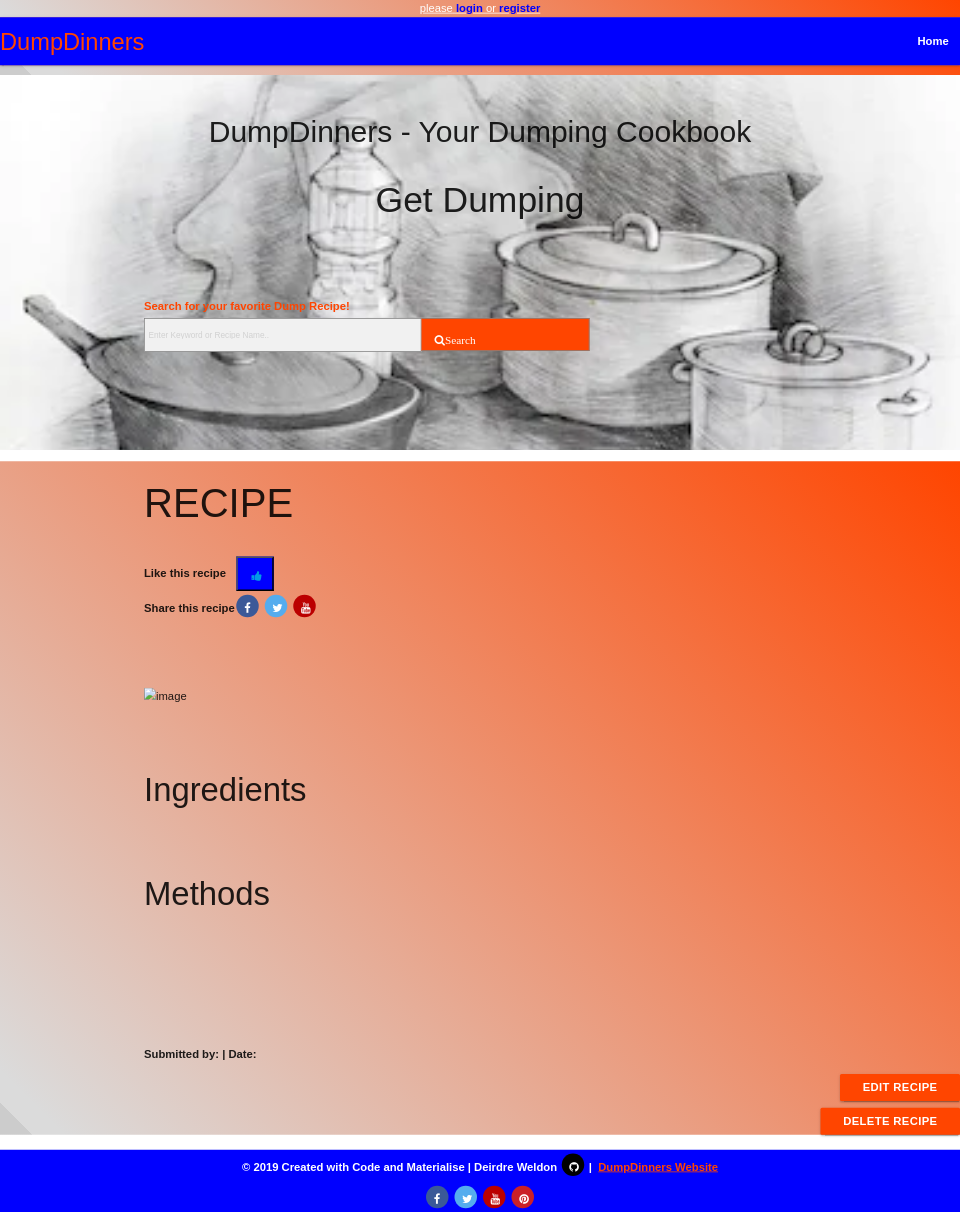
Repository: Deirdre18/dumpdinners-recipe-app
Page: templates/recipe.html
The author's editor kept a record of every edit. The page is drawn from the files as they stood at one moment, then again after the next edit.
The browser window is 1280 px wide. The pictures show the whole page, at 75% of full size.
Some web libraries are served in a nearby version. The page is served by the project's application, run on Flask 3 (app.py). The template is opened directly, without the code that normally fills it, so the values that code supplies are empty.

Above is the page before.

### templates/recipe.html
{% extends "base.html" %} {% block content %} {% with messages = get_flashed_messages() %} {% if messages %}
<strong class=flashes>


	{% for message in messages %}<br>
	{{ message }}</strong>
	{% endfor %}
</ul>
{% endif %} {% endwith %}

<div class="container recipe-container content-container">
	<!-- Recipe-->
	<section class="recipe">
		<div class="row">
			<div class="col s12 m12 l12">
				<div class="page-header">
					<h2 class="text-uppercase">RECIPE</h2>



					<!--rate recipe-->
				</div>
			</div>
		</div>



                <strong>Like this recipe</strong><a href="{{ url_for('likes', recipe_id=recipe._id) }}"<br>
                <button class="waves-effect waves-light btn-small" type="submit" style="background-color:blue; color: white; margin-left:10px" name=" action"><i class="fa fa-thumbs-up" aria-hidden="true"></i></a>
             	</button><br>
<!--http://www.sharelinkgenerator.com/-->

				<strong>Share this recipe</strong><a href="https://www.facebook.com/sharer/sharer.php?u=" class="fa fa-facebook"></a>
				<a href="https://www.twitter.com/sharer/sharer.php?u=" class="fa fa-twitter"></a>
				<a href="https://www.instagram.com/sharer/sharer.php?u="></a>
				<a href="https://www.youtube.com/sharer/sharer.php?u=" class="fa fa-youtube"></a>



		</footer>
		<div class="row" style="text-align:center"></div>
		<h3><em>{{recipe.recipe_name}}</em></h3>

		<div row="recipe">

			<div class="col s12 m12 l12">
				<img src="{{ recipe.image }}" alt="image" height=300 width=285>

				<!--referred to https://stackoverflow.com/questions/41081380/white-space-pre-not-working-as-expected-->

				<div class="ingredients col s12 m6 l6" style="white-space:normal">
					<h3>Ingredients</h3>

					{{ recipe.ingredients }}
				</div>

				<div class="methods col s12 m6 l6" style="white-space:normal">
					<h3>Methods</h3>

					{{ recipe.methods }}

				</div>

				<p><strong>Submitted by:<strong>{{ recipe.username }} |  <strong>Date:</strong> {{recipe.date_added}}</p>




			</div>
		</div>

</div>



<!-- button for edit recipe -->


<!--Taken from Spence Barribal's code (student Code Institute).-->
{% if session['username'] == recipe.username %}
<div class="row float-right">
	<a href="{{ url_for('edit_recipe', recipe_id=recipe._id, username=username) }}" class="btn btn-secondary mr-3" style="background-color:orangered; float:right">Edit Recipe</a><br><br>
	<a href="{{ url_for('delete_recipe', recipe_id=recipe._id, username=username) }}" class="btn btn-danger" style="background-color:orangered; float: right">Delete Recipe</a>
</div>
{% endif %}




</div>
</div>
</div>
</div>
</div>
</div>
</div>


{% endblock %}

### templates/base.html
<!DOCTYPE html>
<html>

<head>
    <!--referred to this link for downloading bootstrap, as well as previous CI tutorials - https://forums.fedoraforum.org/showthread.php?314148-How-to-download-bootstrap-->

    <meta charset="UTF-8">
    <meta name="viewport" content="width=device-width, user-scalable=no, initial-scale=1.0, maximum-scale=1.0, minimum-scale=1.0">
    <meta http-equiv="X-UA-Compatible" content="ie=edge">
    <title>{{ title }} - DumpDinners</title>
    <link href="https://fonts.googleapis.com/icon?family=Material+Icons" rel="stylesheet">
    <link rel="stylesheet" href="https://cdnjs.cloudflare.com/ajax/libs/materialize/0.100.2/css/materialize.min.css">
    <link rel="stylesheet" href="{{url_for('static', filename='styles.css')}}" type="text/css" />

    <!--referred to this for favicon - https://www.flaticon.com/-->

    <link rel="icon" type="image/ico" href="/static/images/favicon.ico" />
    <link rel="stylesheet" href="https://cdnjs.cloudflare.com/ajax/libs/font-awesome/4.7.0/css/font-awesome.min.css">

    <style>
        body {
            font-family: Arial;
        }

        * {
            box-sizing: border-box;
        }

        form.example input[type=text] {
            padding: 5px;
            font-size: 11px;
            border: 1px solid grey;
            float: left;
            width: 4%;
            height: 1%;
            background: #f1f1f1;
        }

        form.example button {
            float: left;
            width: 2%;
            height: 2%;
            padding: 5px;
            background: #2196F3;
            color: white;
            font-size: 11px;
            border: 1px solid grey;
            border-left: none;
            cursor: pointer;
        }

        form.example button:hover {
            background: #0b7dda;
        }

        form.example::after {
            content: "";
            clear: both;
            display: table;
        }
    </style>



</head>

<body>

    <style scoped>
        .pattern {
            min-height: 100px;
        }

        #stripes4 {

            background-image: repeating-linear-gradient(45deg, #ccc, #ccc 30px, #dbdbdb 30px, #dbdbdb 60px, orangered);

        }
    </style>

    <!--to give background gradient color, referred to https://www.quackit.com/css/codes/patterns/css_background_stripes.cfm-->

    <div id="stripes4" class="pattern">


        <!--referred to code from Spence Barribal's github project for username in session below (Student at Code Institute).-->

        {% if 'username' in session %}
        <div class="text-light font-italic bg-dark pt-2 pr-4" style="text-align:center; color:blue"><strong>welcome back, {{ session['username'] }}</strong>
        </div>

        <!--Referred to stack overflow article on centering anchors.-->

        <div class="display:block; text-align: center">
            <a href="{{ url_for('add_recipe') }}" <button class="btn waves-effect waves-light" type="submit" style="background-color:orangered" name="action">Add Recipe
                <i class="material-icons right">playlist_add</i>
             </button></div></a>



        <div class="display:block; text-align: center">
            <a href="{{ url_for( 'logout') }}" style="text-decoration:underline; color:blue; text-align:center,color:blue"><strong>Logout</strong></a>
        </div>

        <div class="display:block; text-align: center">
            <a href="{{ url_for( 'allrecipes') }}" style="text-decoration:underline;color:blue; text-align:center"><strong>Home</strong></a>

        </div>

        {% else %}

        <div class="login" style="text-align:center;text-decoration:underline; color:white">please<a href="{{ url_for('login') }}" style="color:blue"><strong> login</a></strong> or <a href="{{ url_for('register') }}" style="color:blue"><strong> register</strong></a>
        </div>
        {% endif %}

        <nav>
            <div class="nav-wrapper">
                <a class="brand-logo" style="color:orangered">DumpDinners</a>
                <a href="#" data-activates="mobile-demo" class="button-collapse"><i class="material-icons">menu</i></a>
                <ul id="nav-mobile" class="right hide-on-med-and-down">

                    {% if 'username' not in session %}

                    <li class="nav-item">
                        <a href="{{ url_for('index') }}" style="color:white"><strong>Home</a></strong>
                    </li>


                    {% endif %}

                </ul>
            </div>

        </nav>
        <!--referred to https://www.w3schools.com/howto/howto_css_search_button.asp-->

        {% if 'username' in session %}
        <ul class="sidenav" id="mobile-demo">
            <li class="nav-item">
                <a href="{{ url_for('allrecipes') }}" style="color:orangered;text-decoration:underline"><strong>Home</strong></a>
            </li>
            {% endif %}


        </ul>
    </div>

    <div id="index-banner" class="parallax-container">
        <div class="section no-pad-bot">
            <div class="container">

                <div class="parallax">
                    <img src="{{ url_for('static', filename='uploads/' + 'still-life.jpg') }}">
                </div>

                <h2 class="header center" class="header"><small>DumpDinners - Your Dumping Cookbook</small></h2>

                <h1 class="header center" class="header"><small>Get Dumping</small></h1>
                <br><br><br>


                <!--/*referred to https://www.w3schools.com/howto/howto_css_search_button.asp*/-->

                <div class="search-container">

                    <h6 class="lead-search" style="color:orangered; text-align:left"><strong>Search for your favorite Dump Recipe!</strong></h6>
                    <form class="example" action="{{ url_for('search') }}">
                        <input type="text" placeholder="Enter Keyword or Recipe Name.." required name="query" style="margin-top:1px; width:40%; height:3em !important; color:black">
                        <div id="search">
                            <button type="submit" style="margin-top:1px; width:25%; height:4em !important; background-color:orangered"><i class="fa fa-search" style="font-size:15px;float:left">Search</i></button>
                        </div>
                    </form>
                </div>


            </div>
        </div>
        <!--Referred to this link for adding photos dynamically. https://stackoverflow.com/questions/40877272/jinja2-not-displaying-the-images-->


    </div>

    <div id="stripes4" class="pattern">
        {% block content %}{% endblock %}
    </div>

    <script src="https://ajax.googleapis.com/ajax/libs/jquery/3.4.1/jquery.min.js"></script>


    <script src="https://cdnjs.cloudflare.com/ajax/libs/jquery/3.2.1/jquery.min.js"></script>

    <script src="https://cdnjs.cloudflare.com/ajax/libs/materialize/0.100.2/js/materialize.min.js"></script>



    <script type="text/javascript">
        $(document).ready(function() {
            $(".button-collapse").sideNav();
        });
    </script>

    <script type="text/javascript">
        $('.datepicker').pickadate({
            selectMonths: true, // Creates a dropdown to control month
            selectYears: 15, // Creates a dropdown of 15 years to control year,
            today: 'Today',
            clear: 'Clear',
            close: 'Ok',
            closeOnSelect: false // Close upon selecting a date,
        });
    </script>


    <script>
        $(document).ready(function() {
            $('.parallax').parallax();
        });
    </script>

    <!-- jquery to activate buttons -->

    <script type="text/javascript">
        $(document).ready(function() {
            $('.collapsible').collapsible();
            $('select').material_select();
        });
    </script>



    <!--to create footer referred to https://www.w3schools.com/howto/tryit.asp?filename=tryhow_css_fixed_footer. For flexible footer referred to https://materializecss.com/footer.html-->
    <!--decided to make footer fixed rather than flexible-->





    <style>
        .footer {
            margin-top: 1px;
            display: fixed;
            min-height: 3vh;
            flex-direction: column;
            text-align: center;
            background-color: blue;
            color: white;
        }

        main {
            flex: 1 0 auto;
        }

        .container {
            margin-top: 15px;
            margin-bottom: 3px;
        }
    </style>



    <style>
        .fa {
            padding: 10px;
            font-size: 15px;
            width: 30px;
            text-decoration: none;
            margin: 5px 2px;
            border-radius: 50%;
            height: 30px;
        }

        .fa:hover {
            opacity: 0.7;

        }

        .fa-facebook {
            background: #3B5998;
            color: white;
            text-align: center;
        }

        .fa-twitter {
            background: #55ACEE;
            color: white;
            text-align: center;
        }


        .fa-youtube {
            background: #bb0000;
            color: white;
            text-align: center;
        }

        .fa-pinterest {
            background: #cb2027;
            color: white;
            text-align: center;
        }

        .fa-github {
            background: black;
            color: white;
            text-align: center;
            font-size:15px;


        }

        strong {
            font-weight: bold;
        }
    </style>



    <div class="footer">

        <div class="container">
            <!--created blank spaces, referred to https://www.computerhope.com/jargon/n/nbsp.htm-->
            © 2019 Created with Code and Materialise&nbsp| Deirdre Weldon <a href="https://github.com/Deirdre18" class="fa fa-github"></a> |&nbsp
            <a href="https://dumpdinners-recipe-app.herokuapp.com/" style="color:orangered; text-decoration: underline">DumpDinners Website
        </div>

        <!--for social media icons and styles referred to https://www.w3schools.com/howto/howto_css_social_media_buttons.asp    -->



        <!-- Add font awesome icons -->
        <a href="https://www.facebook.com/" class="fa fa-facebook"></a>
            <a href="https://www.twitter.com/" class="fa fa-twitter"></a>
            <a href="https://www.youtube.com/" class="fa fa-youtube"></a>
            <a href="https://www.pinterest.com/" class="fa fa-pinterest"></a>


            </footer>
</body>

</html>

### app.py
import os
import re
from flask import Flask, render_template, redirect, request, url_for, session, flash
import json
from flask_pymongo import PyMongo
import pymongo
from pymongo import MongoClient
from bson.objectid import ObjectId


from werkzeug.security import generate_password_hash, check_password_hash


app = Flask(__name__)

app.secret_key = "randomstring123"



if app.config['DEBUG'] == True:
    from config import dbconfig
    app.config["MONGO_DBNAME"] = 'dumpdinners'
    app.config["MONGO_URI"] = dbconfig()
else:
    app.config['MONGO_URI'] = os.environ.get("MONGO_URI")
    app.config['MONGO_DBNAME'] = os.environ.get("MONGO_DBNAME")

mongo = PyMongo(app)


@app.route('/')
@app.route('/index')
def index():
    """Home page the gets 4 recipes from DB that have been viewed the most"""
    four_recipes = mongo.db.recipes.find().limit(4)
    return render_template('allrecipes1.html', recipes=four_recipes)

@app.route('/allrecipes')
def allrecipes():
    recipes = mongo.db.recipes.find()
    return render_template('allrecipes.html', recipes=recipes)

@app.route('/allrecipes1')
def allrecipes1():
    recipes = mongo.db.recipes.find()
    four_recipes = mongo.db.recipes.find().limit(4)
    return render_template('allrecipes1.html', recipes=four_recipes)

@app.route('/add_recipe')
def add_recipe():
    recipes = mongo.db.recipes.find()
    return render_template('addrecipe.html',
        recipes=mongo.db.categories.find())



@app.route('/insert_recipe', methods=['POST'])
def insert_recipe():
    recipes = mongo.db.recipes
    recipes.insert_one(request.form.to_dict())
    flash ("Thank you, your recipe has been inserted!")
    return render_template('recipe.html', recipe=recipe)




@app.route('/edit_recipe/<recipe_id>', methods=['GET', 'POST'])
def edit_recipe(recipe_id):
    """Allows logged in user to edit their own recipes"""
    recipe_db = mongo.db.recipes.find_one_or_404({'_id': ObjectId(recipe_id)})
    all_categories =  mongo.db.categories.find()
    if request.method == 'GET':

        return render_template('editrecipe.html', recipe=recipe_db, categories=all_categories)


# referred to this article for advice on 'views' - https://stackoverflow.com/questions/5782311/mongodb-inc-embedded-value-syntax

@app.route('/update_recipe/<recipe_id>', methods=["POST"])
def update_recipe(recipe_id):
    recipes = mongo.db.recipes
    recipes.update( {'_id': ObjectId(recipe_id)},
    {
        '$set': {

        'recipe_name':request.form.get('recipe_name'),
        'ingredients':request.form.get('ingredients'),
        'image': request.form.get('image'),
        'category_name': request.form.get('category_name'),
        'username': request.form.get('username'),
        'methods': request.form.get('methods'),
        'short_description': request.form.get('short_description'),
        'date_added': request.form.get('date_added'),
        'is_vegetarian': request.form.get('is_vegetarian'),
        'views':1,
        'likes':1
        }
    })
    return redirect(url_for('allrecipes'))




@app.route('/delete_recipe/<recipe_id>')
def delete_recipe(recipe_id):
    mongo.db.recipes.remove({'_id': ObjectId(recipe_id)})
    return redirect(url_for('allrecipes'))

@app.route('/search')
def search():
    """Provides logic for search bar"""
    orig_query = request.args['query']
    # using regular expression setting option for any case
    query = {'$regex': re.compile('.*{}.*'.format(orig_query)), '$options': 'i'}
    # find instances of the entered word in title, tags or ingredients
    results = mongo.db.recipes.find({
        '$or': [
            {'recipe_name': query},
            {'ingredients': query},
            {'recipe_name': query}
        ]
    })
    return render_template('search.html', query=orig_query, results=results)


@app.route('/recipe/<recipe_id>')
def recipe(recipe_id):

    """Shows full recipe and increments view"""
    mongo.db.recipes.find_one_and_update(
        {'_id': ObjectId(recipe_id)},
        { '$inc': { 'views': 1}}



    )
    recipe_db = mongo.db.recipes.find_one_or_404({'_id': ObjectId(recipe_id)})
    return render_template('recipe.html', recipe=recipe_db)

# routing for likes

@app.route('/likes/<recipe_id>')
def likes(recipe_id):

    """Shows full recipe and increments view"""
    mongo.db.recipes.find_one_and_update(
        {'_id': ObjectId(recipe_id)},
        { '$inc': { 'likes': 1}}



    )
    recipe_db = mongo.db.recipes.find_one_or_404({'_id': ObjectId(recipe_id)})
    return redirect(url_for('allrecipes1'))

# routing for shares

@app.route('/shares/<recipe_id>')
def shares(recipe_id):

    """Shows full recipe and increments view"""
    mongo.db.recipes.find_one_and_update(
        {'_id': ObjectId(recipe_id)},
        { '$inc': { 'shares': 1}}



    )
    recipe_db = mongo.db.recipes.find_one_or_404({'_id': ObjectId(recipe_id)})
    return redirect(url_for('allrecipes1'))



#Copied routing for login from Deborah Thompson, student at Code Institute for login routing - #https://github.com/debbiect246/recipe-app#


@app.route('/login', methods=["GET","POST"])
def login():
    if request.method == 'POST':
        login_user = mongo.db.register.find_one({'username': request.form['username']})
        form = request.form
        if login_user:
            if(form["password"] == login_user["password"]): # if password correct
                session['username'] = login_user["username"]
                return redirect(url_for('allrecipes',register_id = login_user["_id"]))
            else: # and if password is not correct
               flash("Incorrect password, please try again or register")
        else:# if user does not exist
            flash("User does not exist")
            return redirect(url_for('register'))
    return render_template('login.html')


#Copied routing for register from Deborah Thompson, student at Code Institute for login routing - #https://github.com/debbiect246/recipe-app#

@app.route('/register', methods=['POST','GET'])
def register():
    if request.method == 'POST':
        register = mongo.db.register
        register_id = register.insert_one(request.form.to_dict())
        # print(register)
        object_id = register_id.inserted_id
        flash("Thank you for registering, please login to view more recipes and add your own!")
        return redirect(url_for('login'))
    return render_template('register.html')




#Copied routing for allrecipeslist from Deborah Thompson, student at Code Institute for login routing - #https://github.com/debbiect246/recipe-app#


@app.route('/logout')
def logout():
    """Clears session and redirects to home"""

    session.clear()
    flash ("Thank you, hope to see you again soon!")
    return redirect(url_for('login'))




if __name__ == '__main__':
    app.run(host=os.environ.get('IP'),
        port=int(os.environ.get('PORT')))

### static/styles.css
.card-body {
    width: 75%;
    margin-left: 0;
    left: auto;
    right: auto;
    white-space: pre-wrap;
}

#search [type="search"] [name="query"]
{
     height: 30px;
     width: 50px;
}


h3 {margin-top: 10%}

.main { margin-top: 20px;}

.card-image {width:25%;}

h5 .lead-search {margin-bottom: 0}

p .heading {margin-top: 30%;}


.card-image {white-space: pre-wrap;
            margin-bottom: -80px;
}


h1 {text-align: center;
    margin-top: 20px;

}

p {margin-top: 20%;}



.nav-wrapper {background-color: blue;}

#Add {color: indigo;
}

#View {color: indigo;
}

.brand-logo{text-align:left;}

.btn_small {
    height: 24px;
    width: 60px;
    line-height: 24px;
    margin: 5px 5px;
    padding: 0 0.5em;
}

After the next edit:
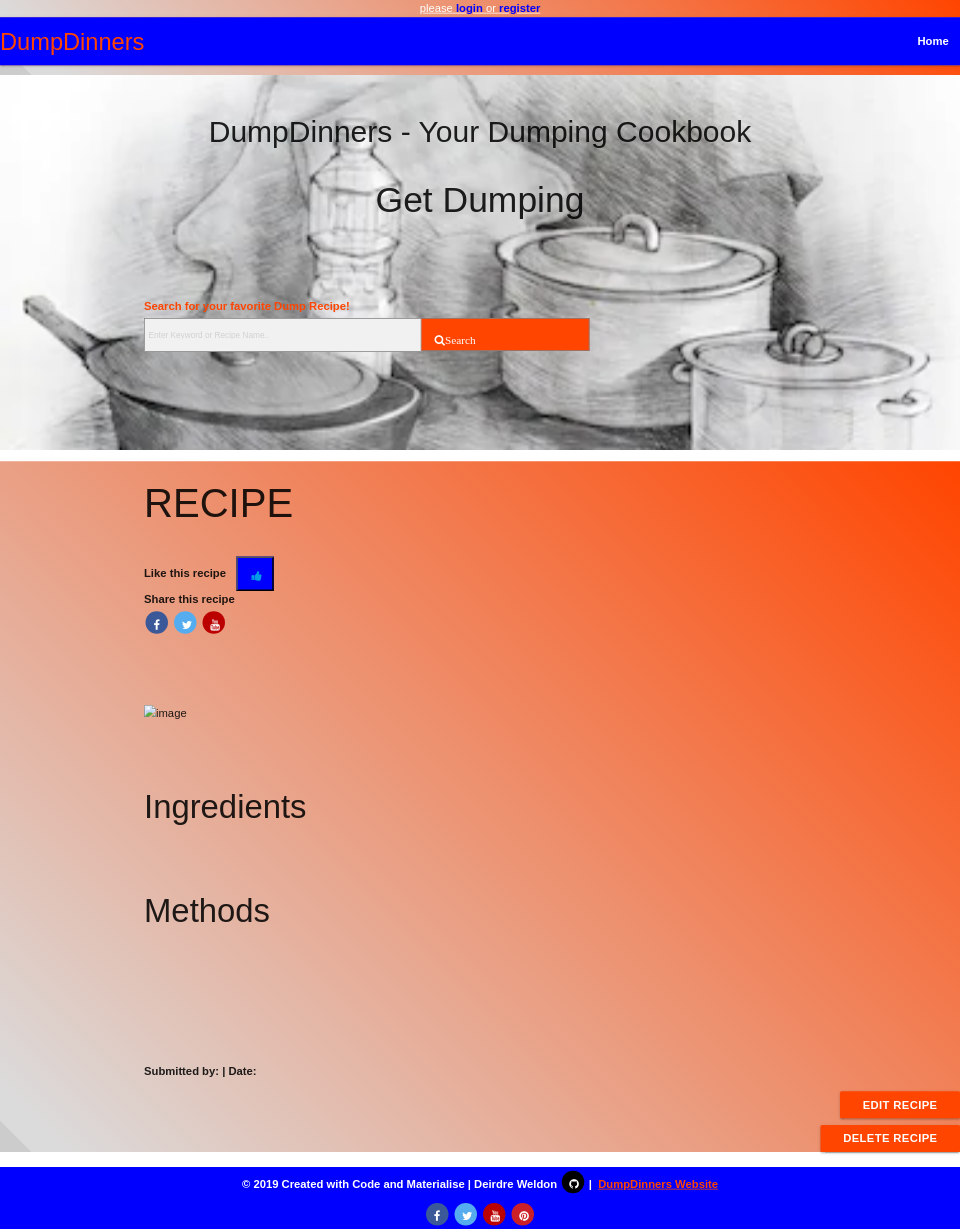
The edit:
--- a/templates/recipe.html
+++ b/templates/recipe.html
@@ -30,7 +30,7 @@
              	</button><br>
 <!--http://www.sharelinkgenerator.com/-->
 
-				<strong>Share this recipe</strong><a href="https://www.facebook.com/sharer/sharer.php?u=" class="fa fa-facebook"></a>
+				<strong>Share this recipe</strong><br><a href="https://www.facebook.com/sharer/sharer.php?u=" class="fa fa-facebook"></a>
 				<a href="https://www.twitter.com/sharer/sharer.php?u=" class="fa fa-twitter"></a>
 				<a href="https://www.instagram.com/sharer/sharer.php?u="></a>
 				<a href="https://www.youtube.com/sharer/sharer.php?u=" class="fa fa-youtube"></a>
